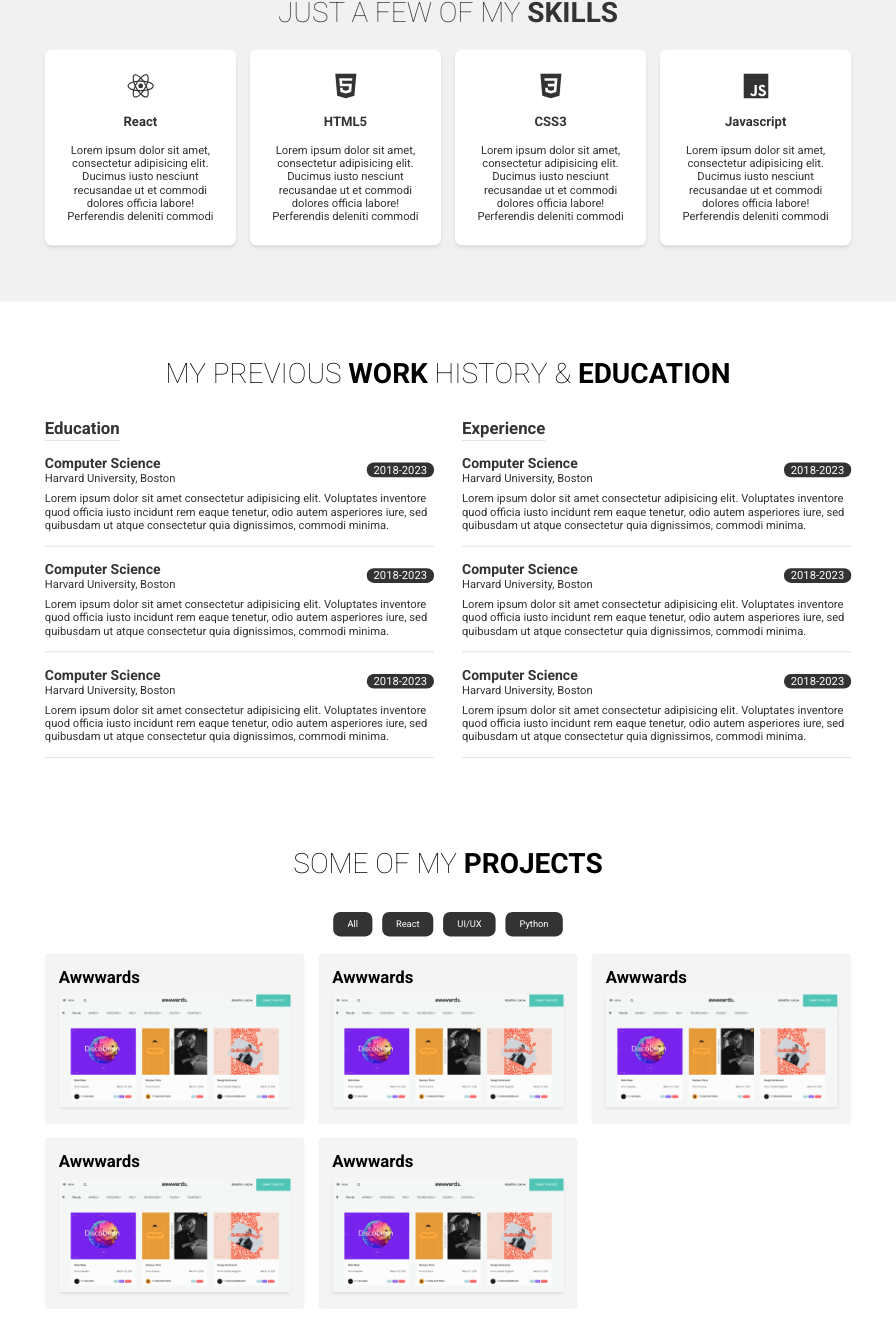
Repository: DevAntonioRogers/portfolio-tutorial
Page: index.html
The author's editor kept a copy of each file at every save. The page is drawn from the files as they stood at one save, then again after the next save.
The browser window is 1280 px wide. The pictures show the part of the page from y = 1394 to 3314 px (the page is 3312 px tall before and 3314 px after), at 70% of full size.
Backgrounds fixed to the window are drawn as part of the page.

Above is the page before, as saved 2023-11-01 09:10:59.

After the next save:
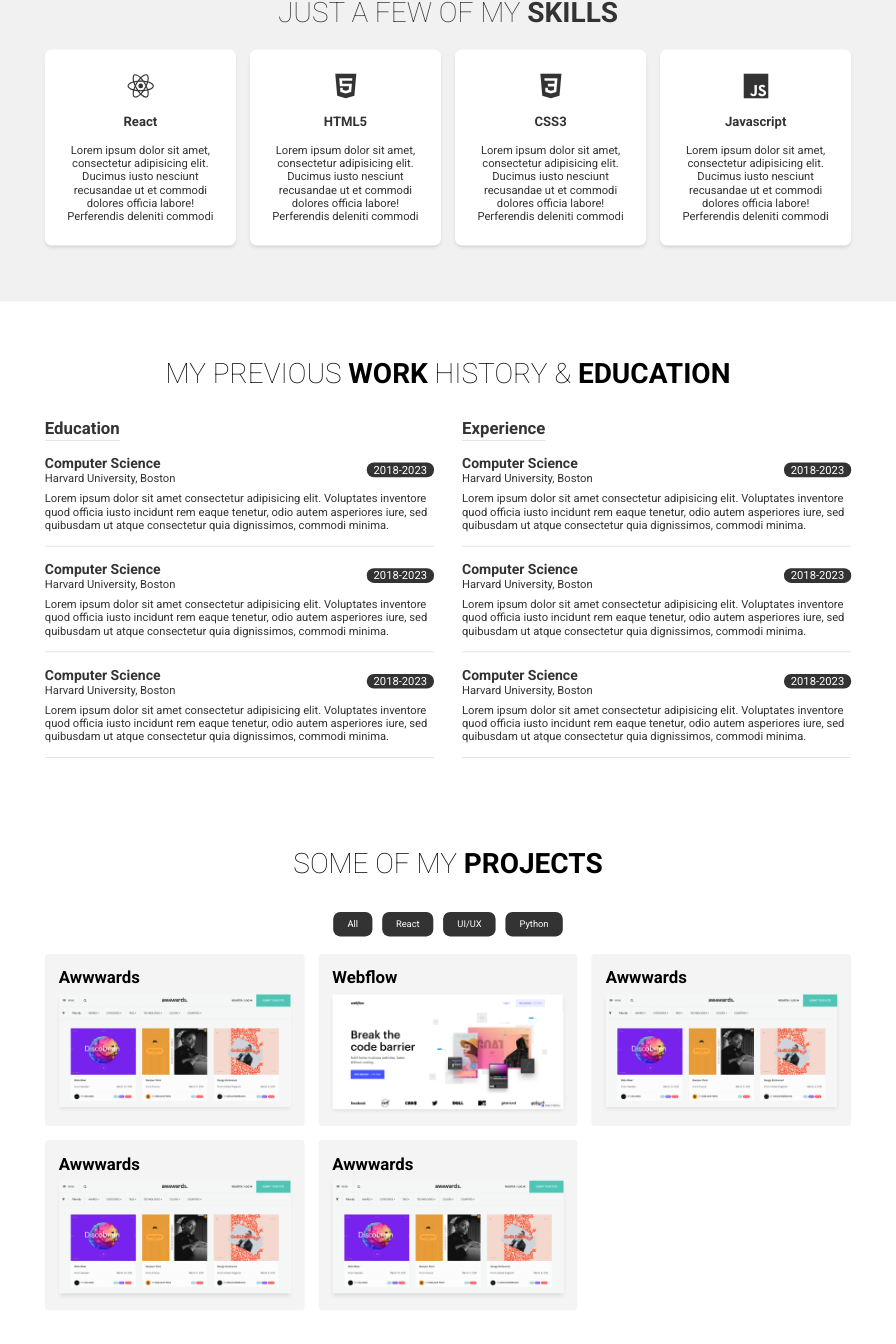
Saved 33 s later.
--- a/index.html
+++ b/index.html
@@ -343,10 +343,13 @@
                 alt="react project"
               />
             </div>
-            <div class="project-card" data-category="react">
-              <h2>Awwwards</h2>
-              <img
-                src="./assets/project-1.png"
+            <div
+              class="project-card"
+              data-category="python"
+            >
+              <h2>Webflow</h2>
+              <img
+                src="./assets/project-2.png"
                 alt="react project"
               />
             </div>
